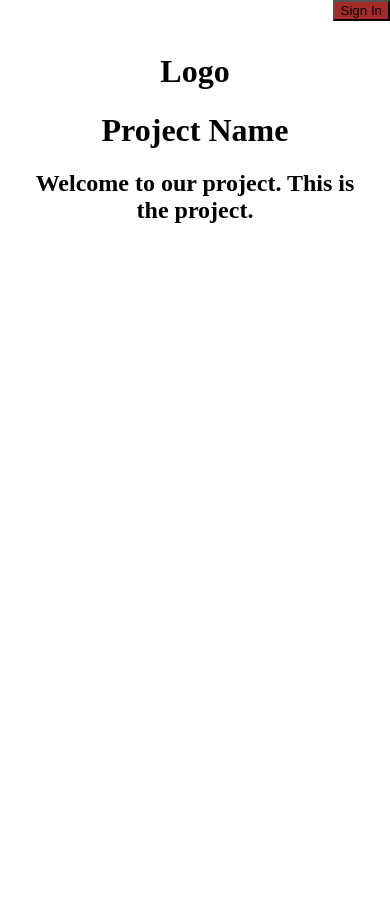
Repository: GG1627/SwampHacks-X-Project
Page: /
These files come from the project's save history. The page is drawn as it stood at one moment and after the next save; the edit follows.
The browser window is 390 px wide. The pictures show the whole page.
The app was drawn by React Native's web renderer in a window 390 px wide. The project was rebuilt for these pictures with package versions that can differ from the ones it lists, and the page was loaded fresh each time. Also part of the build but not shown: vite.config.js.

Above is the page before, as saved 2025-01-25 11:01:09.

After the next save:
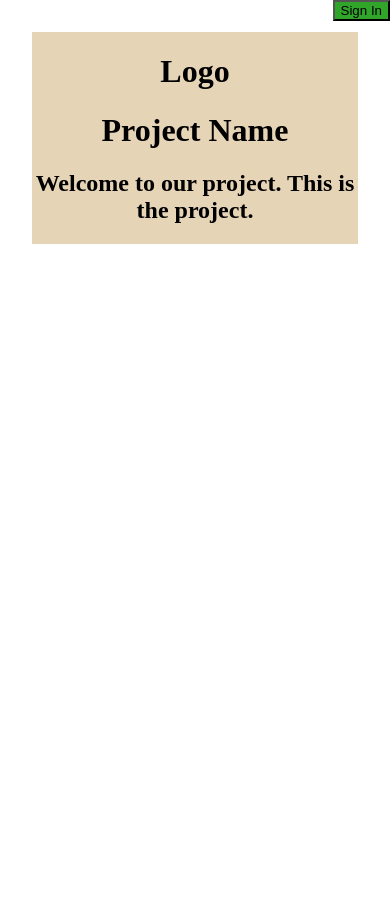
Saved 38 s later.
--- a/src/components/HomeScreen.css
+++ b/src/components/HomeScreen.css
@@ -1,6 +1,11 @@
+.HomeScreen_container {
+  background-color: #e6d4b7;
+  color: black;
+}
+
 .button {
   position: fixed;
   right: 0;
   top: 0;
-  background-color: brown;
+  background-color: rgb(48, 165, 42);
 }
